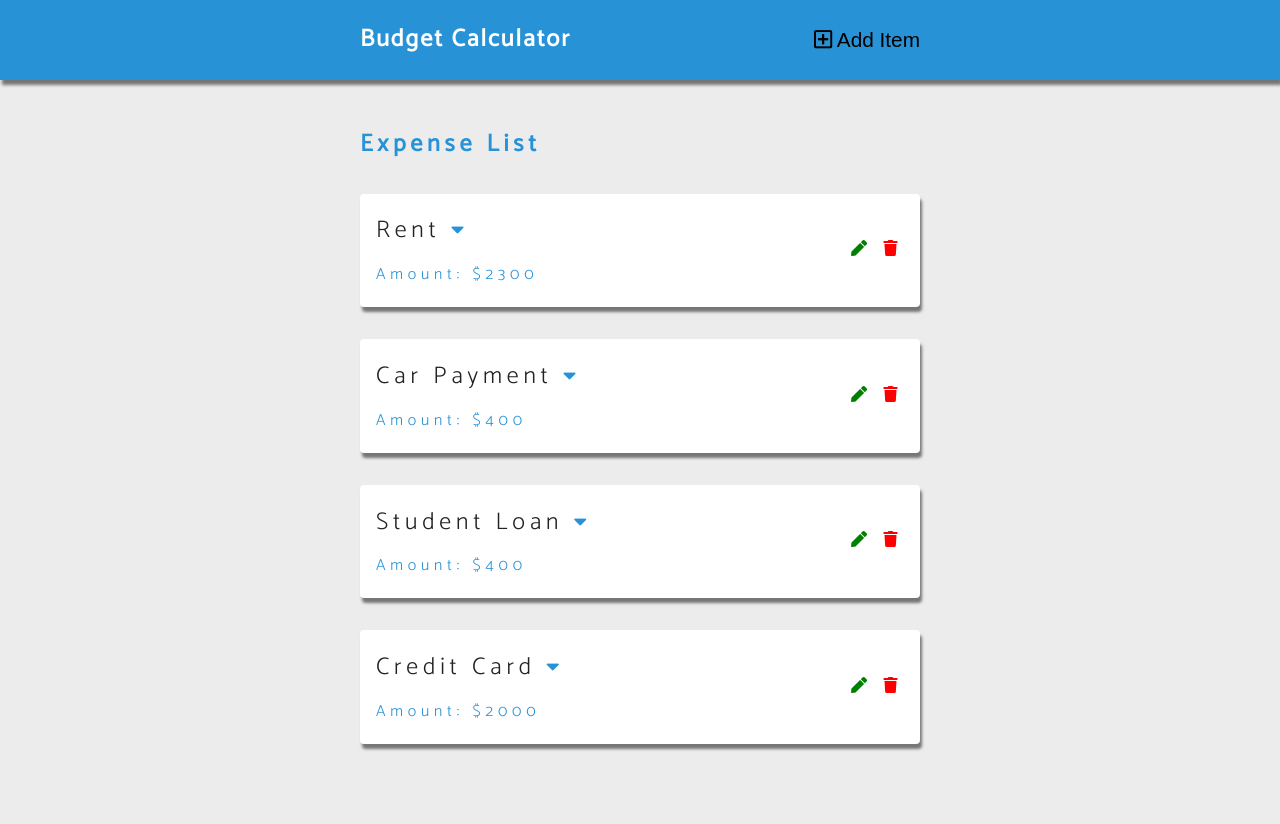
Repository: webdril/budget
Page: /
An editor plug-in stored every save of this project. The page is shown before and after the next save, followed by the edit.
The browser window is 1280 px wide. The pictures show the whole page.
The project was rebuilt for these pictures with package versions that can differ from the ones it lists, and the page was loaded fresh each time.

Above is the page before, as saved 2020-03-02 19:50:33.

After the next save:
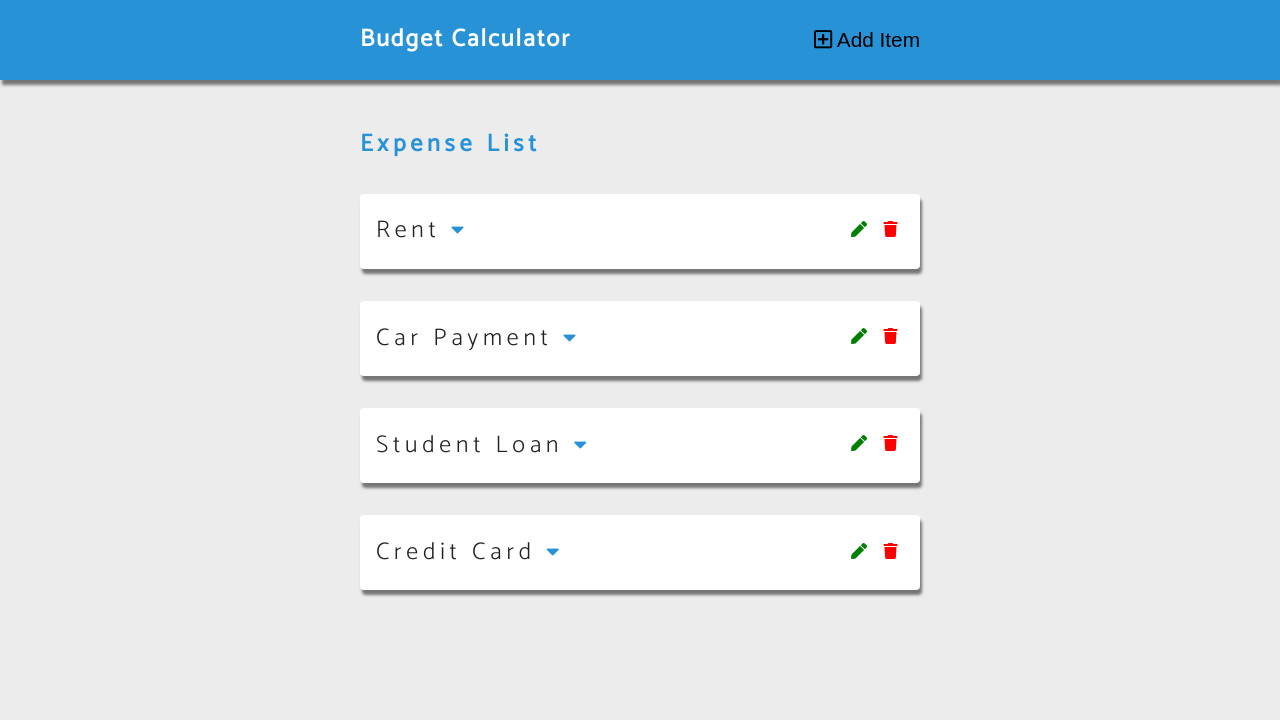
Saved 37 s later.
--- a/src/Expense.svelte
+++ b/src/Expense.svelte
@@ -15,7 +15,9 @@ let displayAmount = false;
                 <i class="fas fa-caret-down" />
             </button>
         </h2>
+        {#if displayAmount}
         <h4>amount: ${amount}</h4>
+        {/if}
     </div>
     <div class="expense-button">
         <button class="expense-btn edit-btn">
